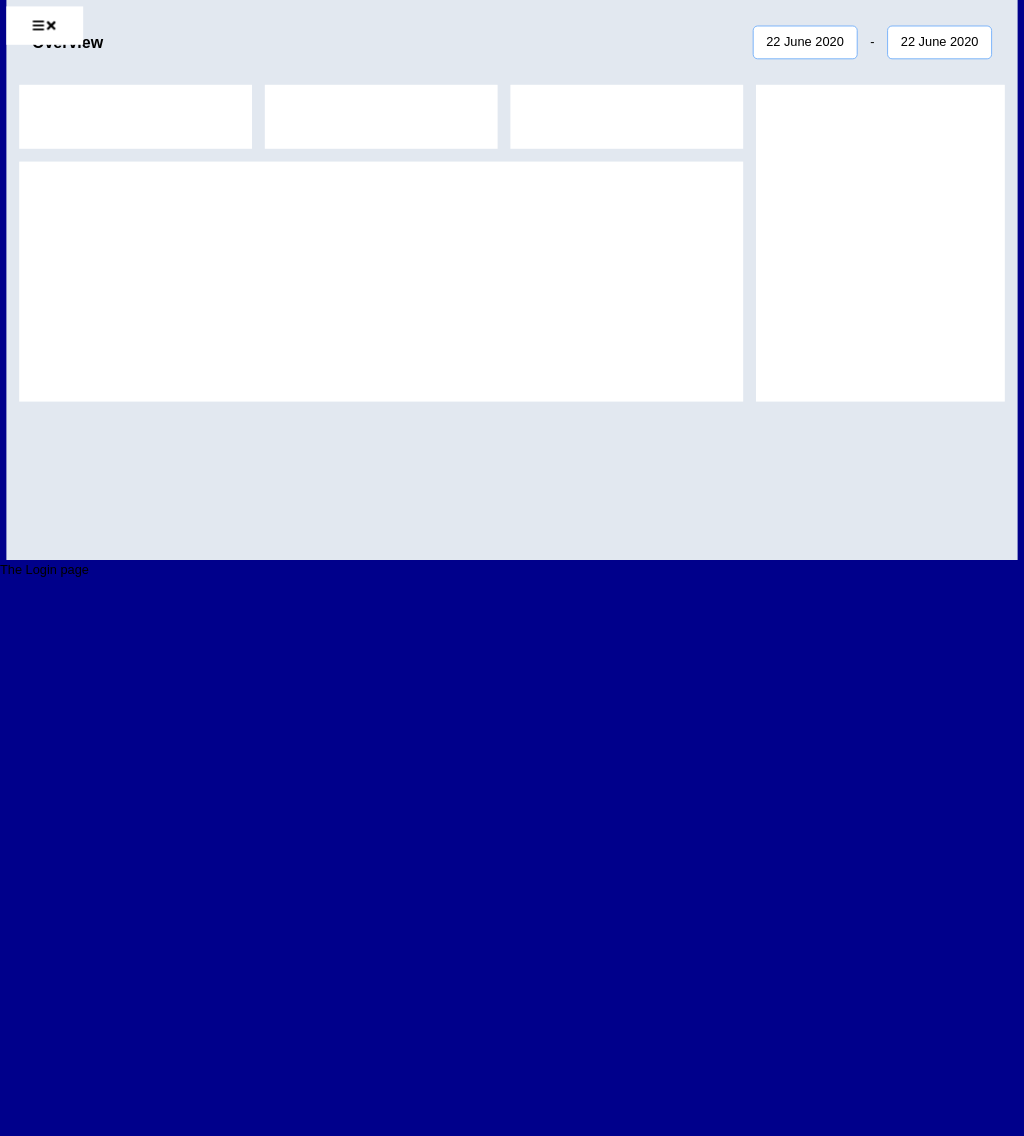
Repository: AngusOnyebuchi/Dashboard
Page: /contact
These files come from the project's save history. The page is drawn as it stood at one moment and after the next save; the edit follows.
The browser window is 1280 px wide. The pictures show the whole page, at 80% of full size.
The project was rebuilt for these pictures with package versions that can differ from the ones it lists, and the page was loaded fresh each time.

Above is the page before, as saved 2022-05-16 11:58:35.

After the next save:
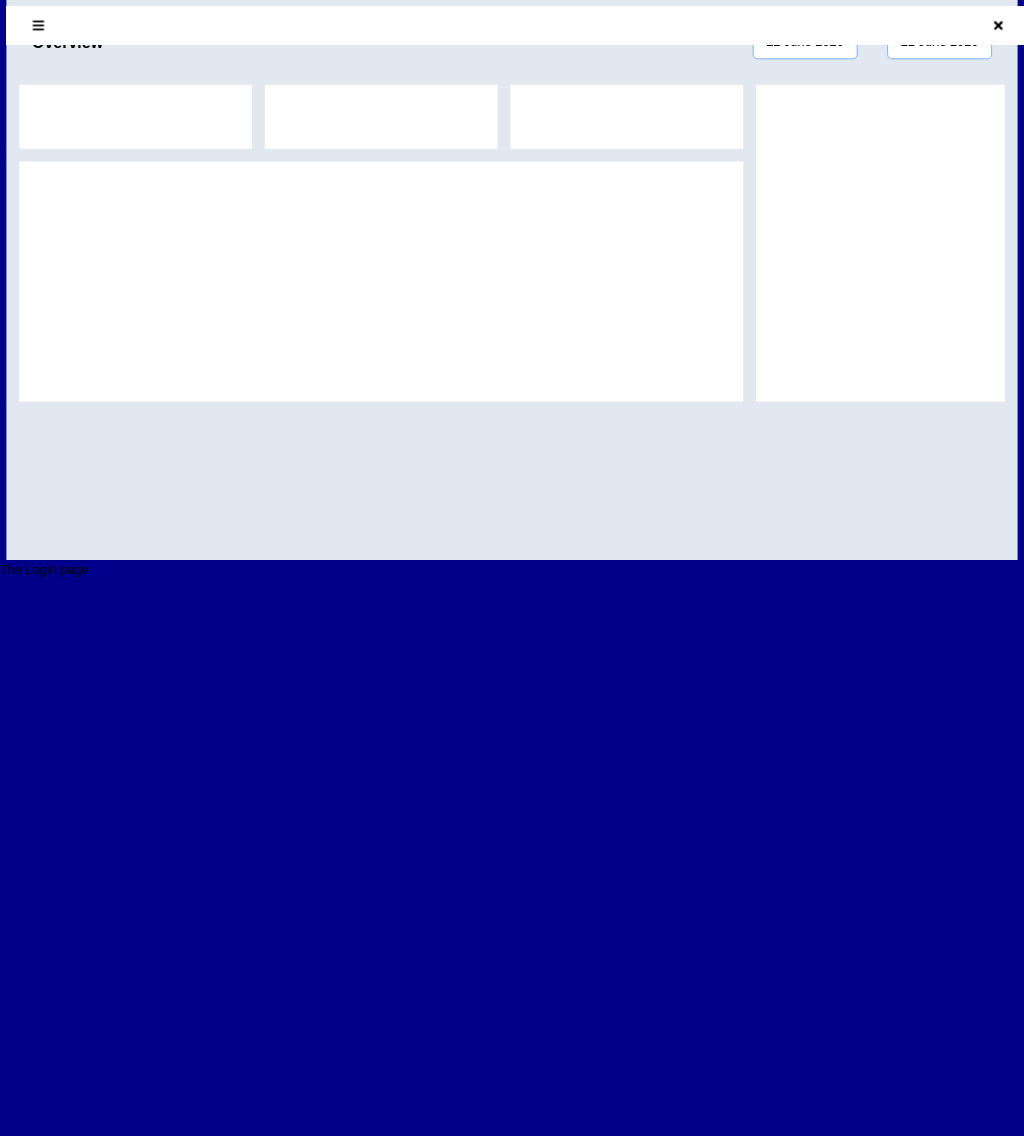
Saved 47 s later.
--- a/src/components/NavBar.js
+++ b/src/components/NavBar.js
@@ -3,7 +3,7 @@ import { FaBars, FaTimes } from "react-icons/fa"
 
 export default function NavBar() {
   return (
-    <div className='fixed flex justify-between px-8 py-4 mx-2 mt-2 text-black bg-white'>
+    <div className='fixed w-full flex justify-between px-8 py-4 mx-2 mt-2 text-black bg-white'>
         <div>
             <FaBars/>
         </div>
